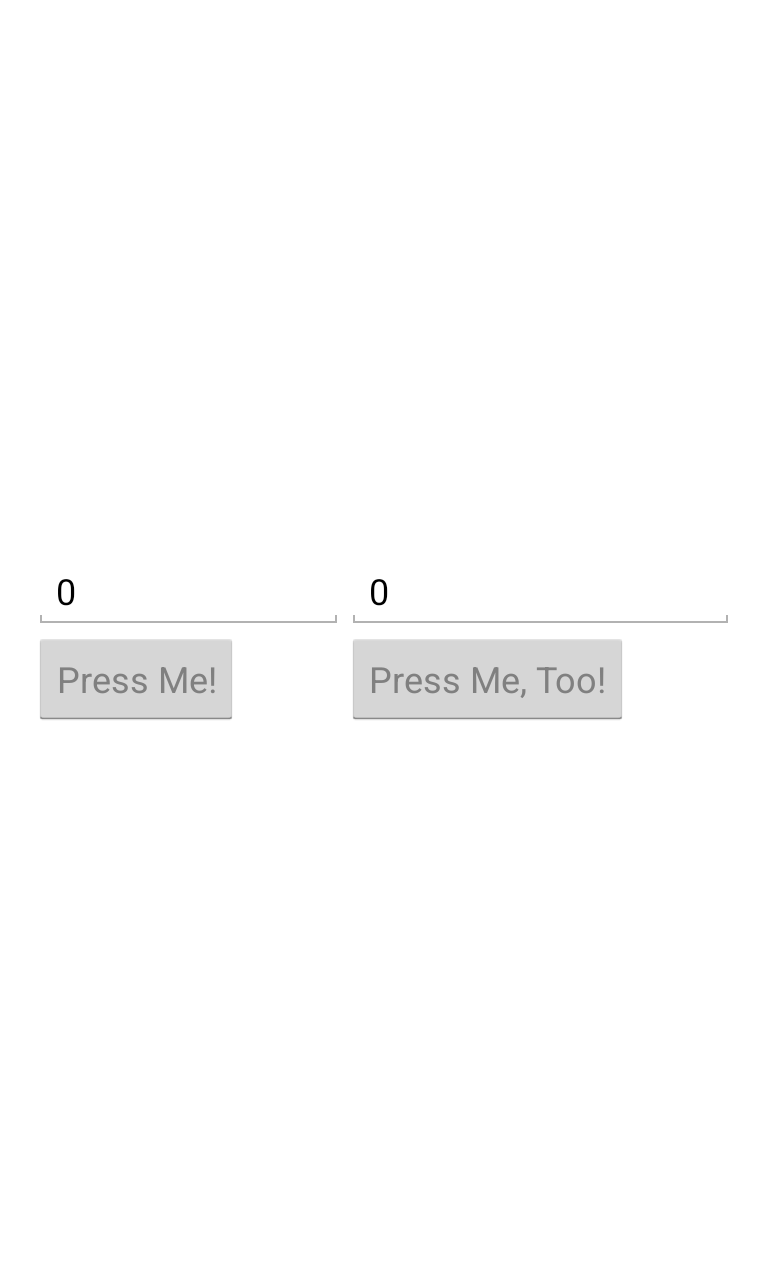
Repository: radupoenaru1992/Model
Layout: PracticalTest01/res/layout/activity_practical_test01_main.xml
These files come from the project's save history. The layout is drawn as it stood at one moment and after the next save; the edit follows.
It is drawn on a 768 x 1280 px phone screen (xhdpi) without system bars, with theme AppTheme; the app's code is not run.

Above is the layout before, as saved 2015-03-29 17:06:55.

After the next save:
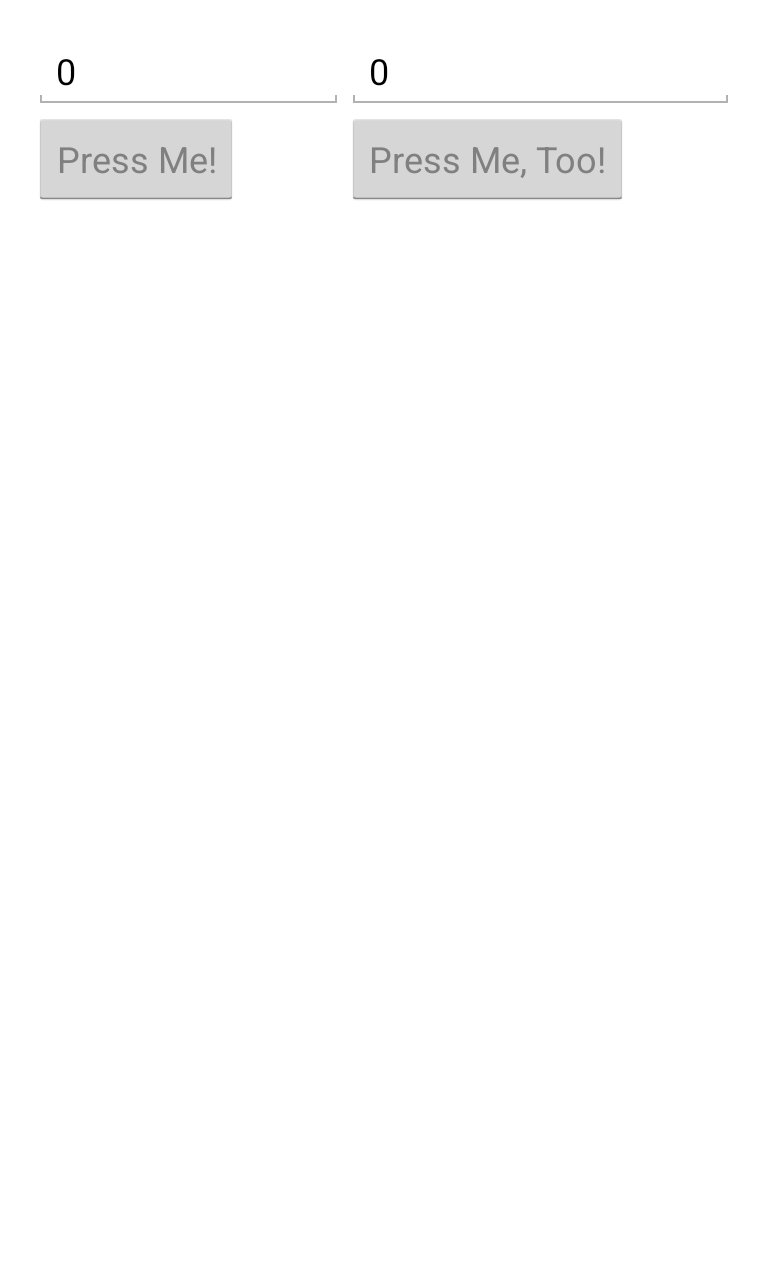
Saved 37 s later.
--- a/PracticalTest01/res/layout/activity_practical_test01_main.xml
+++ b/PracticalTest01/res/layout/activity_practical_test01_main.xml
@@ -13,7 +13,6 @@
     	android:layout_height="wrap_content"
     	android:layout_weight="1"
     	android:id="@+id/llaySt"
-    	android:layout_gravity="center"
     	android:orientation="vertical"
 
         >
@@ -39,7 +38,6 @@
     	android:layout_height="wrap_content"
     	android:layout_weight="1"
     	android:id="@+id/llayDr"
-    	android:layout_gravity="center"
     	android:orientation="vertical"
 
         >
